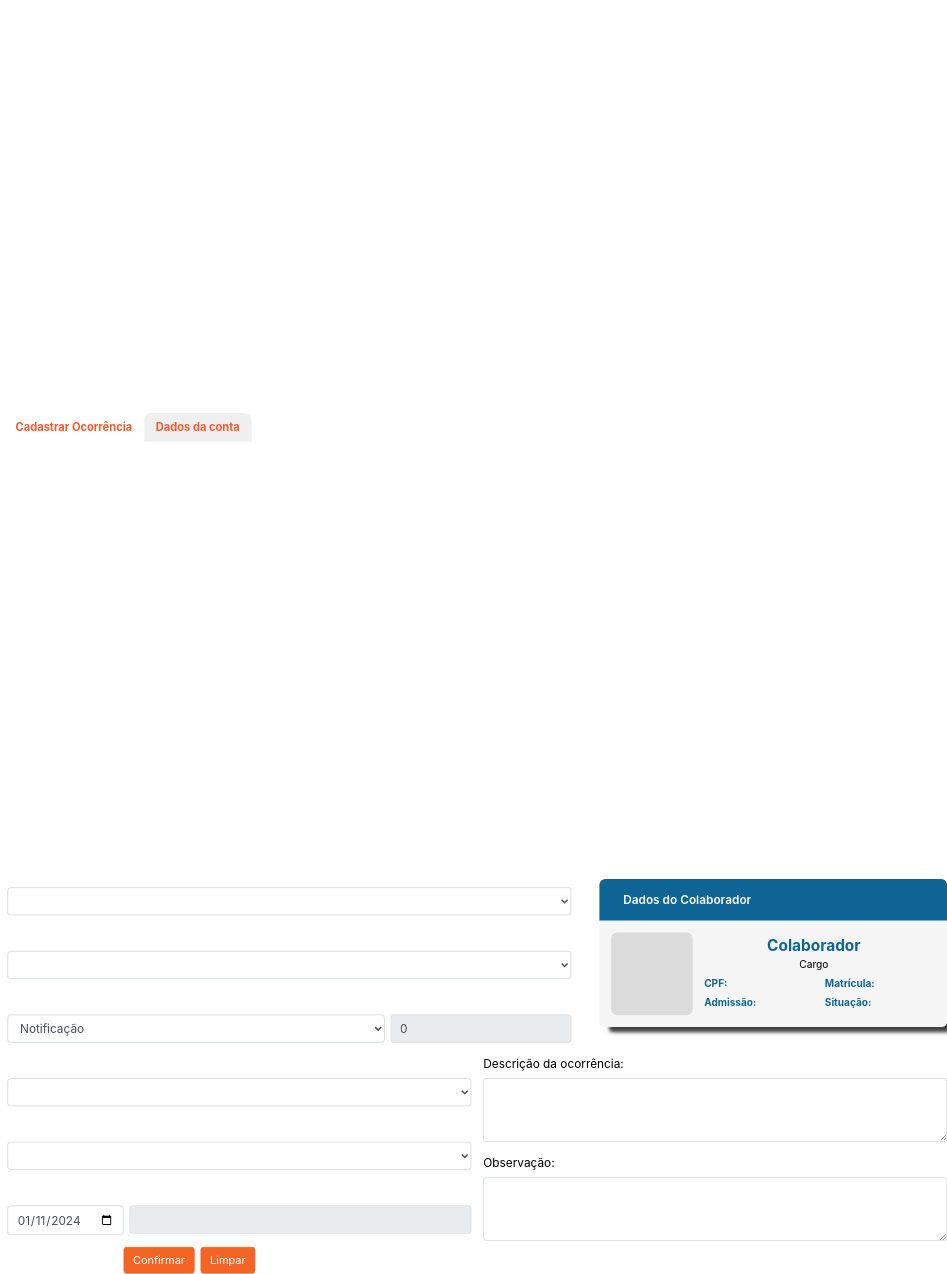
Repository: Conlog-SA/portal_operacional
Page: apps/gente_gestao_fluxo_punitivo/templates/gente_gestao_fluxo_punitivo/fluxo_punitivo.html
The author's editor kept a copy of each file at every save. The page is drawn from the files as they stood at one save, then again after the next save.
The browser window is 1280 px wide. The pictures show the whole page, at 74% of full size.
The template is drawn by Django 3.2. The application's start-up code is not run. Other server files are loaded and not shown. The template is opened directly, without the code that normally fills it, so the values that code supplies are empty.

Above is the page before, as saved 2024-01-11 13:37:06.
Console error: TypeError: Cannot read properties of null (reading 'addEventListener')

### apps/gente_gestao_fluxo_punitivo/templates/gente_gestao_fluxo_punitivo/fluxo_punitivo.html
{% load static %}


{% block link_static_css %}
    <link type="text/css" href="{% static 'libs/bootstrap_4/css/bootstrap.min.css' %}" rel="stylesheet"
    xmlns="http://www.w3.org/1999/html" xmlns="http://www.w3.org/1999/html" xmlns="http://www.w3.org/1999/html"
    xmlns="http://www.w3.org/1999/html" xmlns="http://www.w3.org/1999/html"/>
    <link rel="stylesheet" href="{% static 'css/cores.css' %}" />
    <link rel="stylesheet" href="{% static 'css/toggle_switch.css' %}" />
    <link rel="stylesheet" href="{% static 'css/loader.css' %}" />
    <link rel="stylesheet" href="{% static 'css/gente_gestao_fluxo_punitivo/fluxo_punitivo.css' %}" />

{% endblock %}

<div class="d-flex flex-column h-100 align-items-center justify-content-start text-white w-100" style="margin-right: 0px; width:100%;">
    <div class="mt-3 d-flex align-items-end justify-content-between div_Titulo" style="padding-bottom:15px; padding-left:0px;">
        <div class="d-flex align-items-center justify-content-center">
            <i class="fa-solid fa-face-frown fa-2xl" style="font-size:50px; margin-left:15px; margin-right:15px; color:#cf6a15;"></i>
            <h1 class="titlePadraoMenu">Fluxo Punitivo</h1>
        </div>
        <img class="logo_cabecalho" src="{% static 'icons/logo-branca.png' %}" >
    </div>
    <div class="containerApp">
        <div class="form-group cl_div_tabela_principal_pagina" style="padding-top:0px; padding-left:0px">
            <div class="col-md-12 h-100"style="padding-left: 5px; padding-right: 5px;">
                <nav class="nav nav-tabs" id="myTab" role="tablist" style="font-size:15px;">
                    <button class="nav-link active" id="a_tab_cadastrar_ocorrencia" data-bs-toggle="tab"
                                data-bs-target="#div_tab_cadastrar_ocorrencia" type="button" role="tab"
                                aria-controls="div_tab_cadastrar_ocorrencia" aria-selected="true"
                                style="border-radius:10px 10px 0 0;" >
                            <i class="fa-regular fa-square-plus" style="color: #f46424;"></i>
                        Cadastrar Ocorrência
                    </button>
                    <button class="nav-link" id="a_tab_editar_ocorrencia" data-bs-toggle="tab"
                            data-bs-target="#div_tab_editar_ocorrencia" type="button" role="tab"
                            aria-controls="div_tab_editar_ocorrencia" aria-selected="true"
                            style="border-radius:10px 10px 0 0;" >
                        <i class="fa-solid fa-file-invoice-dollar" style="color: #f46424;"></i>
                        Dados da conta
                    </button>
                </nav>
            </div>
            <div class="tab-content" style="border-radius:0 10px 10px 10px;">
                <div class="tab-pane active" id="div_tab_cadastrar_ocorrencia" name="div_tab_cadastrar_ocorrencia"
                     role="tabpanel" aria-labelledby="a_tab_cadastrar_ocorrencia" style="margin-left:10px;">
                    <form class="d-flex justify-content-between align-items-between flex-wrap w-100" id="form_cadastra_fluxo_punitivo">
                        <div class="d-flex align-items-center justify-content-between w-100">
                            <div class="d-flex flex-column w-60">
                                <label for="geg_select_filial" class="labelBotoes">Selecione a filial:</label>
                                <select class="selectpicker form-control" required id="geg_select_filial"
                                        name="geg_select_filial"  data-live-search="true" title="Selecione a filial">
                                    {% for filial in lista_obj_filiais %}
                                    <option value="{{ filial.cod_filial }}">{{ filial.desc_filial }} ({{filial.cod_empresa.desc_empresa}}) </option>
                                    {% endfor %}
                                </select>

                                <label for="geg_select_colab" class="labelBotoes mt-3">Selecione o colaborador:</label>
                                <select class="selectpicker form-control" required id="geg_select_colab" name="geg_select_colab"  data-live-search="true" title="Selecione o colaborador">
                                </select>

                                <div class="d-flex w-100">
                                    <div class="w-75 text-left">
                                        <label for="geg_select_penalidade" class="labelBotoes mt-3">Selecione a penalidade:</label>
                                        <select class="selectpicker form-control" required id="geg_select_penalidade" name="geg_select_penalidade"  data-live-search="true" title="Selecione a penalidade">
                                            <option value="N">Notificação</option>
                                            <option value="AV">Advertência Verbal</option>
                                            <option value="AE">Advertência Escrita</option>
                                            <option value="S">Suspensão</option>
                                        </select>
                                    </div>

                                    <div class="d-flex flex-column align-items-start justify-content-end ml-2">
                                        <label for="geg_input_dias_suspensao">Dias de suspensão:</label>
                                        <input type="number" disabled class="form-control" id="geg_input_dias_suspensao" value="0">
                                    </div>

                                </div>
                            </div>

                            <div class="d-flex flex-column containerCardDadosColab">
                                <div class="w-100 p-2 d-flex cabecalhoCardDadosColab">
                                    <div class="p-2">
                                        <i class="fa-regular fa-address-card text-white"></i>
                                    </div>
                                    <div class="p-2 tituloCardDados">
                                        <span class="labelCardDados">Dados do Colaborador</span>
                                    </div>
                                </div>

                                <div class="w-100 p-3 d-flex justify-content-between align-items-center">
                                    <div class="w-25 d-flex align-items-center justify-content-center fundoIconCardDados">
                                        <i class="fa-solid fa-user iconUserCard"></i>
                                    </div>

                                    <div class=" w-75 d-flex flex-column containerInfoColab">
                                        <div class="w-100 text-center">
                                            <p  id="cardDados_nome" style="margin-bottom: 0 !important"><b>Colaborador</b></p>
                                            <p class=""><span id="cardDados_cargo" style="font-size: 0.865rem">Cargo</span></p>
                                        </div>

                                        <div class="w-100 d-flex">
                                            <div class="" style="width: 55%; font-size:0.85rem">
                                                <p class=""><b>CPF:</b> <span id="cardDados_cpf"></span></p>
                                                <p class=""><b>Admissão:</b> <span id="cardDados_admissao"></span></p>
                                            </div>

                                            <div class="" style="width: 45%; font-size:0.85rem">
                                                <p class=""><b>Matrícula:</b> <span id="cardDados_matricula"></span></p>
                                                <p class=""><b>Situação:</b> <span id="cardDados_situacao"></span></p>
                                            </div>
                                        </div>
                                    </div>
                                </div>
                            </div>
                        </div>

                        <div class="w-100 d-flex" >
                            <div class="w-50 d-flex flex-column align-items-start justify-content-start" style="">
                                <label for="geg_select_motivo_juridico" class="labelBotoes mt-3">Selecione o motivo jurídico:</label>
                                <select class="selectpicker form-control" required id="geg_select_motivo_juridico" name="geg_select_motivo_juridico"  data-live-search="true" title="Selecione o motivo jurídico:">
                                    {% for motivo_juridico in lista_motivo_juridico %}
                                    <option value="{{ motivo_juridico.cod_mot_juridico }}">{{ motivo_juridico.desc_motivo_juridico }} </option>
                                    {% endfor %}
                                </select>

                                <label for="geg_select_motivo_especifico" class="labelBotoes mt-3">Selecione o motivo específico:</label>
                                <select class="selectpicker form-control" required id="geg_select_motivo_especifico" name="geg_select_motivo_especifico"  data-live-search="true" title="Selecione o motivo específico:">
                                    {% for motivo_especifico in lista_motivo_especifico %}
                                    <option value="{{ motivo_especifico.cod_mot_especifico }}">{{ motivo_especifico.desc_motivo_especifico }} </option>
                                    {% endfor %}
                                </select>

                                <div class="d-flex justify-content-between w-100 mt-3 mr-3">
                                    <div class="d-flex flex-column align-items-start justify-content-start w-25">
                                        <label for="geg_input_data_ocorrencia">Data da ocorrência:</label>
                                        <input type="date" class="form-control " id="geg_input_data_ocorrencia">
                                    </div>

                                    <div class="d-flex flex-column align-items-start justify-content-start ml-2 w-75">
                                        <label for="geg_input_colab_lancamento">Colaborador responsável:</label>
                                        <input type="text" disabled class="form-control" id="geg_input_colab_lancamento" value="{{obj_usuario_sessao.nome_usu}}">
                                    </div>
                                </div>

                                <div class="d-flex justify-content-start w-100 mt-3 mr-3">
                                    <div class="w-25 d-flex justify-content-start align-items-center">
                                        <div class="loader" id="loader_lancamento">
                                            <div class="loader-inner">
                                                <div class="loader-block"></div>
                                                <div class="loader-block"></div>
                                                <div class="loader-block"></div>
                                                <div class="loader-block"></div>
                                                <div class="loader-block"></div>
                                                <div class="loader-block"></div>
                                                <div class="loader-block"></div>
                                                <div class="loader-block"></div>
                                            </div>
                                        </div>
                                    </div>
                                    <div class="w-75  d-flex justify-content-start align-items-center">
                                        <button type='submit' id="btn_confirmar_lancamento" name="btn_confirmar_lancamento" class="mr-2 btn btn-primary btn-rounded fluxoPunitivo__botao" >
                                            <i class="fa-solid fa-check"></i>
                                            <span>Confirmar</span>
                                        </button>

                                        <button type='button' id="btn_limpar_lancamento" name="btn_limpar_lancamento" onclick="limpaFormulario()" class=" btn btn-primary btn-rounded fluxoPunitivo__botao" >
                                            <i class="fa-solid fa-eraser"></i>
                                            <span>Limpar</span>
                                        </button>
                                    </div>
                                </div>
                            </div>

                            <div class="w-50 ml-3 d-flex flex-column align-items-start justify-content-start mt-3">
                                <div class="form-group w-100" style="color: #000; text-align:left;">
                                    <label for="text_area_desc_punicao">Descrição da ocorrência:</label>
                                    <textarea required class="form-control" id="text_area_desc_punicao" rows="3"></textarea>
                                </div>
                                <div class="form-group w-100" style="color: #000; text-align:left;">
                                    <label for="text_area_obs_punicao">Observação:</label>
                                    <textarea class="form-control" id="text_area_obs_punicao" rows="3"></textarea>
                                </div>

                                {% if obj_usuario_sessao.corporativo == 'S' %}
                                    <div class="d-flex justify-content-end w-100 mr-3">
                                        <button type='button' id="btn_cad_mot_juridico"
                                                name="btn_cad_mot_juridico"
                                                class=" mr-2 btn btn-primary btn-rounded fluxoPunitivo__botao">
                                            <i class="fa-solid fa-plus"></i>
                                            <span>Novo motivo jurídico</span>
                                        </button>

                                        <button type='button' id="btn_cad_motivo_especifico"
                                                name="btn_motivo_especifico"
                                                class=" btn btn-primary btn-rounded fluxoPunitivo__botao">
                                            <i class="fa-solid fa-plus"></i>
                                            <span>Novo motivo específico</span>
                                        </button>
                                    </div>
                                {% endif %}
                                {% if obj_usuario_sessao.corporativo == 'N' %}
                                    <div class="d-flex justify-content-end w-100 mr-3">
                                        <button type='button' disabled="disabled" id="btn_cad_mot_juridico"
                                                name="btn_cad_mot_juridico"
                                                class=" mr-2 btn btn-primary btn-rounded fluxoPunitivo__botao"
                                                title="Função habilitada somente para o corporativo">
                                            <i class="fa-solid fa-plus"></i>
                                            <span>Novo motivo jurídico</span>
                                        </button>

                                        <button type='button' disabled="disabled" id="btn_cad_motivo_especifico"
                                                name="btn_motivo_especifico"
                                                class=" btn btn-primary btn-rounded fluxoPunitivo__botao"
                                                title="Função habilitada somente para o corporativo">
                                            <i class="fa-solid fa-plus"></i>
                                            <span>Novo motivo específico</span>
                                        </button>
                                    </div>
                                {% endif %}
                            </div>
                        </div>
                    </form>
                </div>
                <div class="tab-pane" id="div_tab_editar_ocorrencia" name="div_tab_editar_ocorrencia" role="tabpanel" aria-labelledby="a_tab_editar_ocorrencia">
                    <form class="d-flex justify-content-end align-items-end flex-wrap w-100" id="form_pesquisa_fluxo_punitivo_tabela">

                        <div class="d-flex flex-column mr-1 w-25">
                            <label for="geg_fluxo_punitivo_pesquisa_filial" class="labelBotoes">Selecione a filial</label>
                            <select class="selectpicker form-control" required id="geg_fluxo_punitivo_pesquisa_filial" name="geg_fluxo_punitivo_pesquisa_filial"  data-live-search="true" title="Selecione a filial">
                                {% for filial in lista_obj_filiais %}
                                <option value="{{ filial.cod_filial }}">{{ filial.desc_filial }} ({{filial.cod_empresa.desc_empresa}}) </option>
                                {% endfor %}
                            </select>
                        </div>

                        <div class="d-flex flex-column mr-1">
                            <label for="competencia_pesquisa_fluxo_punitivo" class="labelBotoes">Competência</label>
                            <input required type="month" required class="form-control " id="competencia_pesquisa_fluxo_punitivo">
                        </div>

                        <button type='submit' id="" name="" class="btn btn-primary btn-rounded fluxoPunitivo__botao" >
                            <i class="fa-solid fa-magnifying-glass"></i>
                            <span></span>
                        </button>
                        <div class="containerTabela w-100 mt-4">
                            <table id="table_fluxo_punitivo"  class="display w-100">
                                <thead>
                                    <tr>
                                        <th scope="col">Matricula</th>
                                        <th scope="col">Colaborador</th>
                                        <th scope="col">Cargo</th>
                                        <th scope="col">Data Ocorrência</th>
                                        <th scope="col">Motivo Jurídico</th>
                                        <th scope="col">Motivo Específico</th>
                                    </tr>
                                </thead>
                                <tbody id="">

                                </tbody>
                            </table>
                        </div>

                    </form>
                </div>
            </div>
        </div>
    </div>
</div>

{% include 'gente_gestao_fluxo_punitivo/modal_cad_mot_juridico.html' %}
{% include 'gente_gestao_fluxo_punitivo/modal_cad_mot_especifico.html' %}

<script src="{% static 'controllers/gente_gestao_fluxo_punitivo/gente_gestao_fluxo_punitivo.js' %}"></script>

### static/css/cores.css
:root{
    --cor_bg_login: rgba(24, 27, 30, 0.90);
    --cor_cinza_escuro: #515457;
    --cor_cinza_claro: #9fa3a7;
    --cor_cinza_claro2: #d0d0d0;
    --cor_branco: #e6e4e4;
    --cor_bg_solido: #181b1e;
    --cor_bg_solido_claro:#343537;
    --cor_bg_cinza_escuro: rgba(33,37,41,0.9) !important;
    --cor_bg_cinza_escuro_cabecalho: rgba(33,37,41,0.7) !important;
    --cor_bg_modais_body: #DCDCDC;

    --cor_empresa: #f46424;
    --cor_empresa_hover: #df5b23;
    --cor_empresa_active: #b24110;

    --bs-accordion-btn-focus-box-shadow_custom: 0 0 0 0.25rem rgba(244, 100, 36, 0.25);

    --bs-accordion-btn-active-icon_custom:url('');

    --cor_card_chamado_hover: #ccccce;
    --cor_card_chamado_active: #999999;
    --cor_chamado_emergencial: #b30f04;
    --cor_branco: #fff;
    /* --cor_branco_escuro: #969393; */
    --cor_card_a_atender: #e3f8f5;
    --cor_card_atendendo: #e1ffe4;;
    --cor_card_em_espera: #fdf9c6;
}

### static/css/toggle_switch.css
input[type="checkbox"] {
    width: 50px;
    height: 25px;
    appearance: none;
    background-color: gray;
    border-radius: 10px;
    box-shadow: inset 0px 0px 4px 1px black;
    cursor: pointer;
    position: relative;
    transition: .4s;
}

input:checked[type='checkbox'] {
    background-color: green;
}

input[type="checkbox"]:before {
    content: '';
    width: 25px;
    height: 25px;
    background-color: white;
    border-radius: 12.5px;
    position: absolute;
    box-shadow: 0px 4px 8px 1px rgba(0, 0, 0, 0.25);
    transition: .4s;
}

input:checked[type="checkbox"]:before {
    left: 25px;
}

Loaded but not shown: static/libs/bootstrap_4/css/bootstrap.min.css (library); static/controllers/gente_gestao_fluxo_punitivo/gente_gestao_fluxo_punitivo.js (443 lines, source omitted); static/css/gente_gestao_fluxo_punitivo/fluxo_punitivo.css (114 lines, source omitted); apps/gente_gestao_fluxo_punitivo/templates/gente_gestao_fluxo_punitivo/modal_cad_mot_especifico.html (40 lines, source omitted); apps/gente_gestao_fluxo_punitivo/templates/gente_gestao_fluxo_punitivo/modal_cad_mot_juridico.html (40 lines, source omitted); static/css/loader.css (89 lines, source omitted)

After the next save:
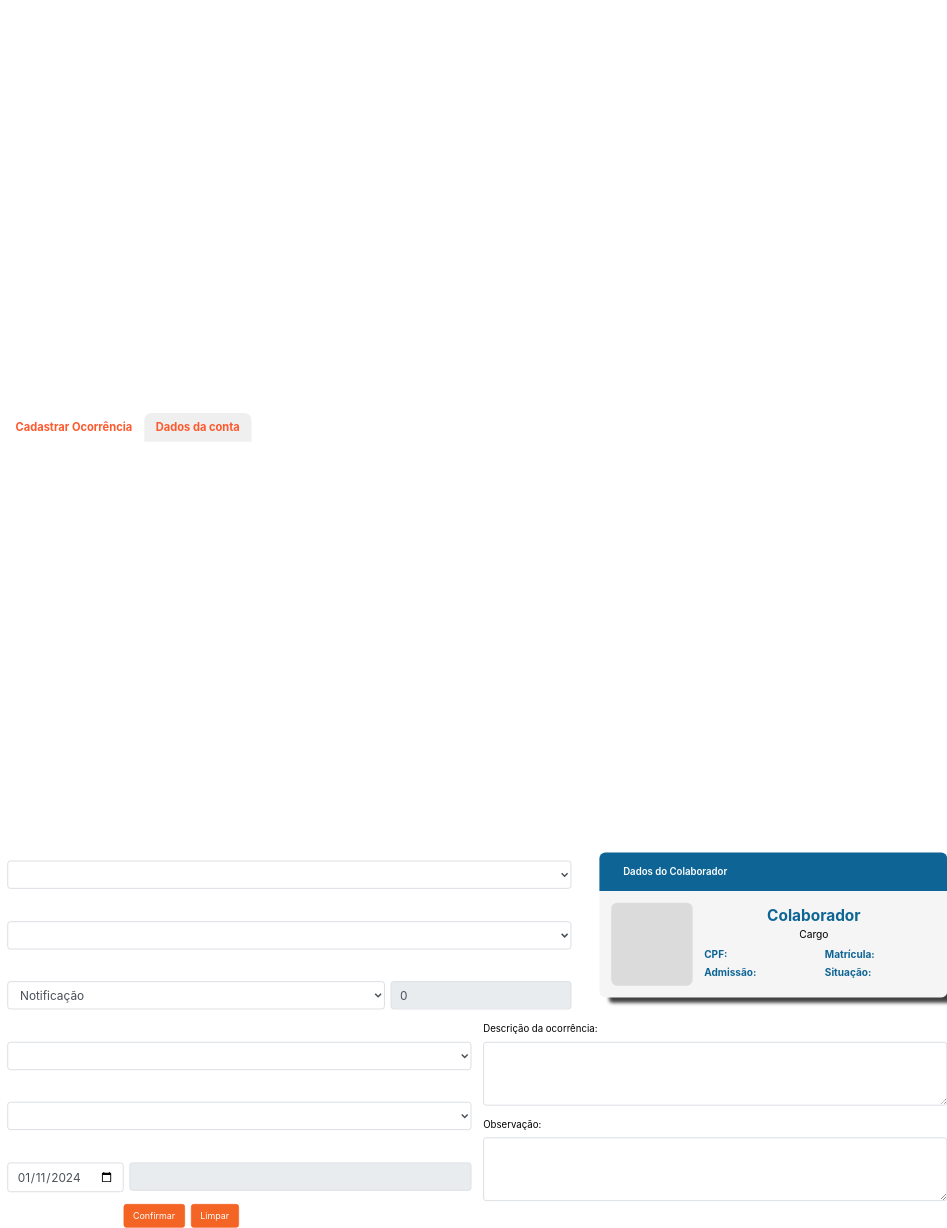
Saved 2 min 20 s later.
--- a/apps/gente_gestao_fluxo_punitivo/templates/gente_gestao_fluxo_punitivo/fluxo_punitivo.html
+++ b/apps/gente_gestao_fluxo_punitivo/templates/gente_gestao_fluxo_punitivo/fluxo_punitivo.html
@@ -43,7 +43,7 @@
             <div class="tab-content" style="border-radius:0 10px 10px 10px;">
                 <div class="tab-pane active" id="div_tab_cadastrar_ocorrencia" name="div_tab_cadastrar_ocorrencia"
                      role="tabpanel" aria-labelledby="a_tab_cadastrar_ocorrencia" style="margin-left:10px;">
-                    <form class="d-flex justify-content-between align-items-between flex-wrap w-100" id="form_cadastra_fluxo_punitivo">
+                    <form class="d-flex justify-content-between align-items-between flex-wrap w-100" id="form_cadastra_fluxo_punitivo" style="font-size:13px;">
                         <div class="d-flex align-items-center justify-content-between w-100">
                             <div class="d-flex flex-column w-60">
                                 <label for="geg_select_filial" class="labelBotoes">Selecione a filial:</label>
